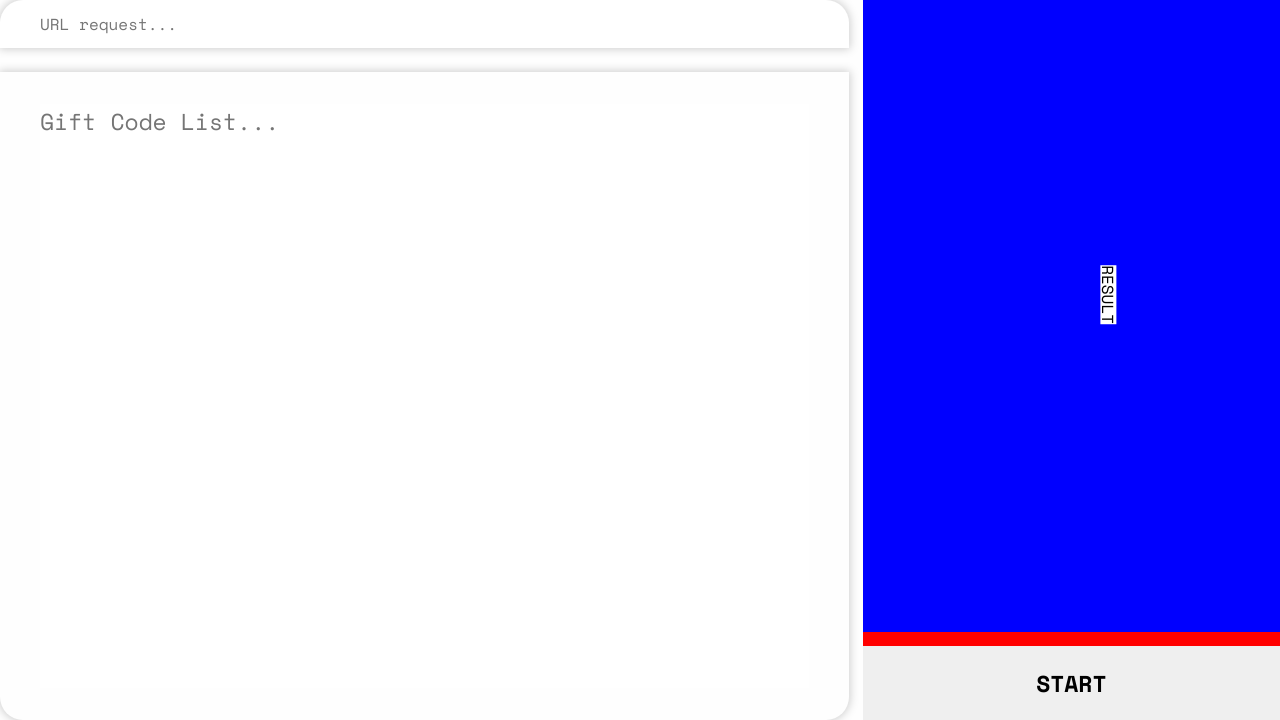
Repository: 777hanh777hanh/test
Page: index.html
The author's editor kept a copy of each file at every save. The page is drawn from the files as they stood at one save, then again after the next save.
The browser window is 1280 px wide. The pictures show the whole page.

Above is the page before, as saved 2023-06-30 17:44:35.

### index.html
<!DOCTYPE html>
<html lang="en">
    <head>
        <meta charset="UTF-8" />
        <meta name="viewport" content="width=device-width, initial-scale=1.0" />
        <title>Request API</title>
        <!-- Fonts -->
        <link rel="preconnect" href="https://fonts.googleapis.com" />
        <link rel="preconnect" href="https://fonts.gstatic.com" crossorigin />
        <link
            href="https://fonts.googleapis.com/css2?family=Space+Mono:wght@400;700&display=swap"
            rel="stylesheet"
        />
        <!-- CSS -->
        <link rel="stylesheet" href="./assets/css/reset.css" />
        <link rel="stylesheet" href="./assets/css/style.css" />
    </head>
    <body>
        <div class="inner">
            <!-- Input URL -->
            <div class="url-block">
                <input type="text" name="" id="url" class="url" placeholder="URL request..."></input>
            </div>
            <!-- Text Area -->
            <div class="giftCode-block">
                <textarea name="" id="giftCode" class="giftCode" placeholder="Gift Code List..."></textarea>
            </div>

            <!-- Result Block -->
            <div class="result-block">
                <div class="result"></div>
                <button class="btn">Start</button>
            </div>
        </div>
        <script src="./assets/js/main.js"></script>
    </body>
</html>

### assets/css/reset.css
html,
body,
div,
span,
applet,
object,
iframe,
h1,
h2,
h3,
h4,
h5,
h6,
p,
blockquote,
pre,
a,
abbr,
acronym,
address,
big,
cite,
code,
del,
dfn,
em,
img,
ins,
kbd,
q,
s,
samp,
small,
strike,
strong,
sub,
sup,
tt,
var,
b,
u,
i,
center,
dl,
dt,
dd,
ol,
ul,
li,
fieldset,
form,
label,
legend,
table,
caption,
tbody,
tfoot,
thead,
tr,
th,
td,
article,
aside,
canvas,
details,
embed,
figure,
figcaption,
footer,
header,
hgroup,
menu,
nav,
output,
ruby,
section,
summary,
time,
mark,
audio,
video {
    margin: 0;
    padding: 0;
    border: 0;
    font-size: 100%;
    font: inherit;
    vertical-align: baseline;
}
/* HTML5 display-role reset for older browsers */
article,
aside,
details,
figcaption,
figure,
footer,
header,
hgroup,
menu,
nav,
section {
    display: block;
}
body {
    line-height: 1;
}
ol,
ul {
    list-style: none;
}
blockquote,
q {
    quotes: none;
}
blockquote:before,
blockquote:after,
q:before,
q:after {
    content: '';
    content: none;
}
table {
    border-collapse: collapse;
    border-spacing: 0;
}

button,
input,
textarea,
[tabindex] {
    outline: none;
    border: none;
    font-family: inherit;
}

a {
    text-decoration: none;
}

### assets/css/style.css
:root {
    --text-color: #333;
    --font-family: 'Space Mono', monospace;
}

* {
    padding: 0;
    margin: 0;
    box-sizing: border-box;
}

html {
    font-size: 62.5%;
}

body {
    min-height: 100vh;
    font-family: var(--font-family, 'system-ui');
    -webkit-font-smoothing: antialiased;
    -moz-osx-font-smoothing: grayscale;
    font-size: 1.6rem;
    overflow: overlay;
    background: #fefefe;
}

html *::-webkit-scrollbar {
    border-radius: 0;
    width: 8px;
}
html *::-webkit-scrollbar-thumb {
    border-radius: 4px;
    background-color: rgba(22, 24, 35, 0.06);
}
html *::-webkit-scrollbar-track {
    border-radius: 0;
    background-color: rgba(0, 0, 0, 0);
}

/* CSS */
.inner {
    min-height: 100vh;
    display: grid;
    grid-template-columns: repeat(3, 1fr);
    grid-template-rows: auto 3fr;
    grid-template-areas:
        'url url result'
        'giftCode giftCode result';
    column-gap: 14px;
    row-gap: 24px;
}

/* Input Block */
.url-block {
    grid-area: url;
}

.url {
    display: block;
    padding: 12px 40px;
    width: 100%;
    height: 100%;
    font-size: 1.6rem;
    border-radius: 23px 23px 0 0;
    box-shadow: 0 0 10px 1px #ccc;
}

.giftCode-block {
    grid-area: giftCode;
    padding: 32px 40px;
    border-radius: 0 0 23px 23px;
    box-shadow: 0 0 10px 1px #ccc;
}

.giftCode {
    display: block;
    width: 100%;
    height: 100%;
    font-size: 2.3rem;
    font-family: var(--font-family, 'monospace');
    resize: none;
}

.result-block {
    grid-area: result;
    display: flex;
    flex-direction: column;
    background: red;
    row-gap: 14px;
}

.result {
    position: relative;
    flex-grow: 1;
    background-color: blue;
}

.result::before {
    position: absolute;
    display: inline-block;
    content: 'Result';
    top: 50%;
    left: 50%;
    text-transform: uppercase;
    background: #fff;
    transform: rotate(90deg) translate(-50%, -50%);
    overflow: visible;
}

.btn {
    padding: 20px;
    font-size: 2.3rem;
    font-weight: 700;
    text-transform: uppercase;
}

.btn:hover {
    cursor: pointer;
}

Loaded but not shown: assets/js/main.js (no stored copy; drawn as an empty file)

After the next save:
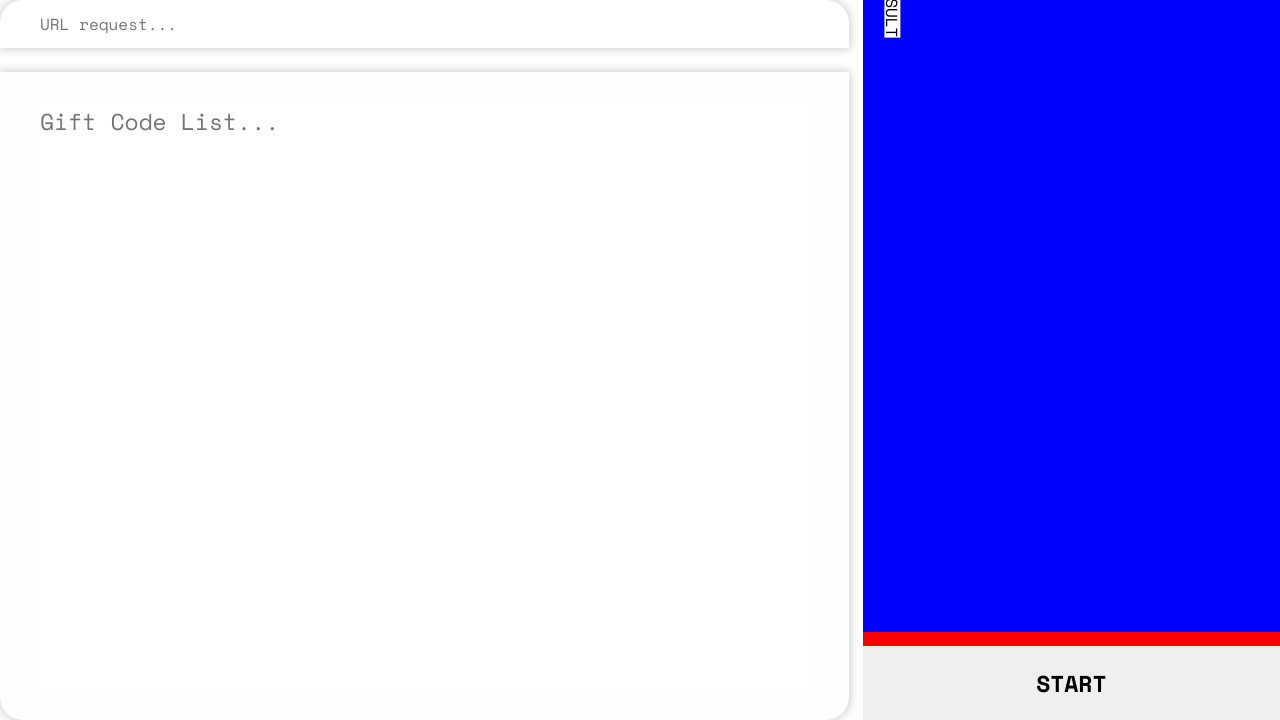
Saved 10 s later.
--- a/assets/css/style.css
+++ b/assets/css/style.css
@@ -98,11 +98,9 @@ html *::-webkit-scrollbar-track {
     position: absolute;
     display: inline-block;
     content: 'Result';
-    top: 50%;
-    left: 50%;
     text-transform: uppercase;
     background: #fff;
-    transform: rotate(90deg) translate(-50%, -50%);
+    transform: rotate(90deg);
     overflow: visible;
 }
 
